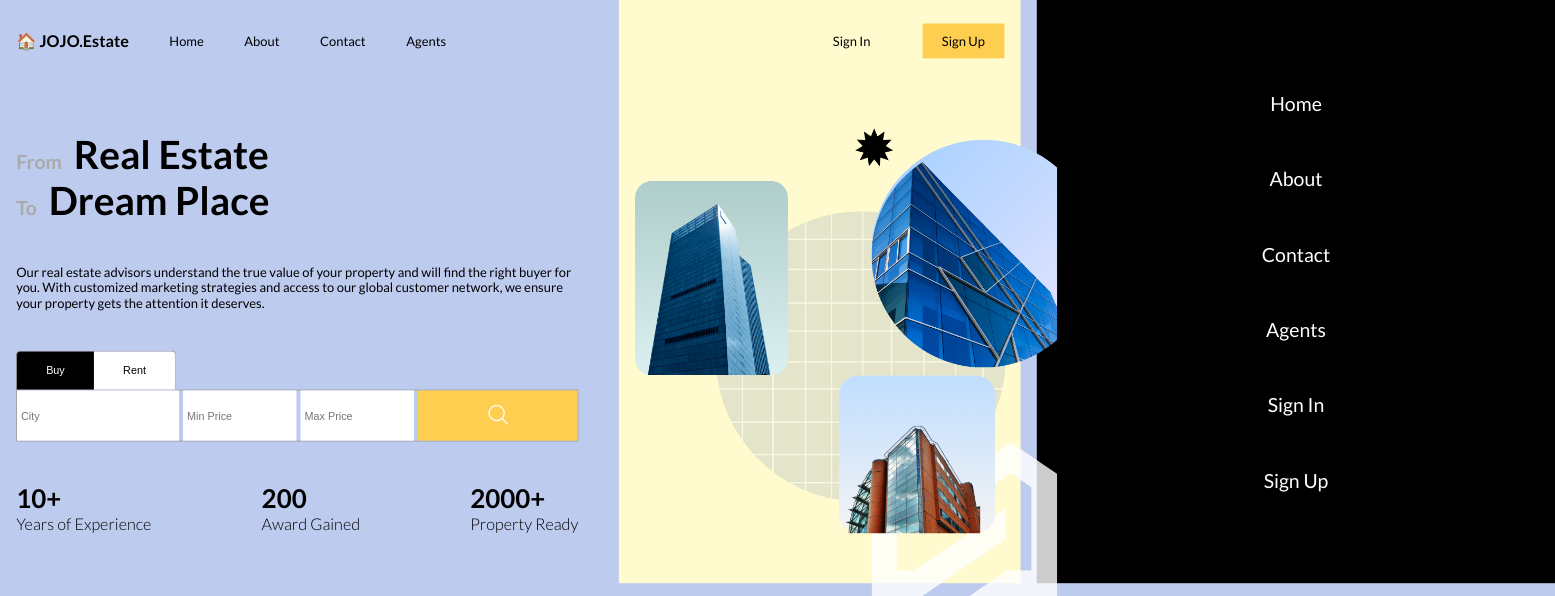
Repository: AiTrinh303/JOJO-estate
Page: /
An editor plug-in stored every save of this project. The page is shown before and after the next save, followed by the edit.
The browser window is 1280 px wide. The page is 1920 px wide, so the pictures cover 1920 px, including what lies to the right of the window. The pictures show the whole page, at 81% of full size.
The page's requests for data from a server got no answer. The project was rebuilt for these pictures with package versions that can differ from the ones it lists, and the page was loaded fresh each time. No one was signed in, and anything a server would have sent is missing. Also part of the build but not shown: vite.config.js, src/routes/listPage/listPage.scss, src/components/filter/filter.scss, src/components/filter/Filter.jsx, src/components/card/card.scss, src/components/card/Card.jsx, src/components/map/map.scss, src/components/pin/pin.scss and 21 more. Imported but missing from the stored project, and not drawn on this page: src/components/uploadWidget/UploadWidget.

Above is the page before, as saved 2024-08-06 21:40:16.

### index.html
<!DOCTYPE html>
<html lang="en">
  <head>
    <meta charset="UTF-8" />
    <link rel="icon" type="image/svg+xml" href="/logo.png" />
    <meta name="viewport" content="width=device-width, initial-scale=1.0" />
    <title>🏠JOJO Estate App</title>
    <meta name="description" content="Buy, Sell and Rent Properties" />
    <link
      href="https://fonts.googleapis.com/css2?family=Lato:ital,wght@0,100;0,300;0,400;0,700;0,900;1,100;1,300;1,400;1,700;1,900&display=swap"
      rel="stylesheet"
    />
  </head>
  <body>
    <div id="root"></div>
    <script type="module" src="/src/main.jsx"></script>
  </body>
</html>

### src/App.jsx
import HomePage from "./routes/homePage/homePage";
import { createBrowserRouter, RouterProvider } from "react-router-dom";
import ListPage from "./routes/listPage/listPage";
import { Layout, RequireAuth } from "./routes/layout/layout";
import SinglePage from "./routes/singlePage/singlePage";
import ProfilePage from "./routes/profilePage/profilePage";
import Login from "./routes/login/login";
import Register from "./routes/register/register";
import ProfileUpdatePage from "./routes/profileUpdatePage/profileUpdatePage";
import NewPostPage from "./routes/newPostPage/newPostPage";
import { listPageLoader, profilePageLoader, singlePageLoader } from "./lib/loaders";

function App() {
  const router = createBrowserRouter([
    {
      path: "/",
      element: <Layout />,
      children: [
        {
          path: "/",
          element: <HomePage />,
        },
        {
          path: "/list",
          element: <ListPage />,
          loader: listPageLoader,
        },
        {
          path: "/:id",
          element: <SinglePage />,
          loader: singlePageLoader,
        },
        {
          path: "/login",
          element: <Login />,
        },
        {
          path: "/register",
          element: <Register />,
        },
      ],
    },
    {
      path: "/",
      element: <RequireAuth />,
      children: [
        {
          path: "/profile",
          element: <ProfilePage />,
          loader: profilePageLoader
        },
        {
          path: "/profile/update",
          element: <ProfileUpdatePage />,
        },
        {
          path: "/add",
          element: <NewPostPage />,
        },
      ],
    },
  ]);

  return <RouterProvider router={router} />;
}

export default App;

### src/index.scss
*{
  padding: 0;
  margin: 0;
  box-sizing: border-box;
}

a {
  text-decoration: none;
  color: inherit;
}

body{
  font-family: "Lato", sans-serif;
  overflow: hidden;
  background-color: #bdcbee;

}

### src/routes/homePage/homePage.jsx
import { useContext } from "react";
import SearchBar from "../../components/searchBar/SearchBar";
import "./homePage.scss";
import { AuthContext } from "../../context/AuthContext";

function HomePage() {

  const {currentUser} = useContext(AuthContext)

  return (
    <div className="homePage">
      <div className="textContainer">
        <div className="wrapper">
          <h1 className="title">
            <span className="small-text">From </span>
            <span className="animated-text">Real Estate</span>
            <br />
            <span className="small-text">To </span>
            <span className="animated-text">Dream Place</span>
          </h1>
          <p>
          Our real estate advisors understand the true value of your property and will find the right buyer for you. With customized marketing strategies and access to our global customer network, we ensure your property gets the attention it deserves.
          </p>
          <SearchBar />
          <div className="boxes">
            <div className="box">
              <h1>10+</h1>
              <h2>Years of Experience</h2>
            </div>
            <div className="box">
              <h1>200</h1>
              <h2>Award Gained</h2>
            </div>
            <div className="box">
              <h1>2000+</h1>
              <h2>Property Ready</h2>
            </div>
          </div>
        </div>
      </div>
      <div className="imgContainer">
        <img src="/bg.png" alt="" />
      </div>
      {/* <div className="imgBottom">
        <img src="/bg1.jpg" alt="" />
      </div> */}
    </div>
  );
}

export default HomePage;

### src/routes/layout/layout.jsx
import "./layout.scss";
import Navbar from "../../components/navbar/Navbar";
import { Navigate, Outlet } from "react-router-dom";
import { useContext } from "react";
import { AuthContext } from "../../context/AuthContext";

function Layout() {
  return (
    <div className="layout">
      <div className="navbar">
        <Navbar />
      </div>
      <div className="content">
        <Outlet />
      </div>
    </div>
  );
}

function RequireAuth() {
  const { currentUser } = useContext(AuthContext);

  if (!currentUser) return <Navigate to="/login" />;
  else {
    return (
      <div className="layout">
        <div className="navbar">
          <Navbar />
        </div>
        <div className="content">
          <Outlet />
        </div>
      </div>
    );
  }
}

export { Layout, RequireAuth };

### src/components/searchBar/SearchBar.jsx
import { useState } from "react";
import "./searchBar.scss";
import { Link } from "react-router-dom";

const types = ["buy", "rent"];

function SearchBar() {
  const [query, setQuery] = useState({
    type: "buy",
    city: "",
    minPrice: 0,
    maxPrice: 0,
  });

  const switchType = (val) => {
    setQuery((prev) => ({ ...prev, type: val }));
  };

  const handleChange = (e) => {
    setQuery((prev) => ({ ...prev, [e.target.name]: e.target.value }));
  };

  return (
    <div className="searchBar">
      <div className="type">
        {types.map((type) => (
          <button
            key={type}
            onClick={() => switchType(type)}
            className={query.type === type ? "active" : ""}
          >
            {type}
          </button>
        ))}
      </div>
      <form>
        <input
          type="text"
          name="city"
          placeholder="City"
          onChange={handleChange}
        />
        <input
          type="number"
          name="minPrice"
          min={0}
          max={10000000}
          placeholder="Min Price"
          onChange={handleChange}
        />
        <input
          type="number"
          name="maxPrice"
          min={0}
          max={10000000}
          placeholder="Max Price"
          onChange={handleChange}
        />
        <Link
          to={`/list?type=${query.type}&city=${query.city}&minPrice=${query.minPrice}&maxPrice=${query.maxPrice}`}
        >
          <button>
            <img src="/search.png" alt="" />
          </button>
        </Link>
      </form>
    </div>
  );
}

export default SearchBar;

### src/routes/homePage/homePage.scss
@import "../../responsive.scss";

.homePage {
  display: flex;
  height: 100%;
  // background-color: #f5f5f5;

  .textContainer {
    flex: 3;

    .wrapper {
      padding-right: 100px;
      display: flex;
      flex-direction: column;
      justify-content: center;
      gap: 50px;
      height: 100%;

      @include lg{
        padding-right: 50px;
      }

      @include md{
        padding: 0;
      }

      @include sm{
        justify-content: flex-start;
      }

      .title {
        font-size: 64px;
        .small-text {
          font-size: 0.5em;
          color: #aaa;
          margin-right: 10px;
        }
        .animated-text {
          display: inline-block;
          position: relative;
          animation: slide-in 2s ease-in-out;
        }
        @include lg {
          font-size: 48px;
        }
      }

      .boxes {
        display: flex;
        justify-content: space-between;

        @include sm {
          display: none;
        }

        h1 {
          font-size: 36px;


          @include lg {
            font-size: 32px;
          }
        }

        h2 {
          font-size: 20px;
          font-weight: 300;
        }
      }
    }
  }

  .imgContainer {
    flex: 2;
    background-color: #fffbce;
    position: relative;
    display: flex;
    align-items: center;


    @include md {
      display: none;
    }

    img {
      width: 115%;
      position: absolute;
      right: -45px;


      @include lg {
        width: 105%;
      }
    }
  }


}
@keyframes slide-in {
  0% {
    opacity: 0;
    transform: translateX(-100%);
  }
  100% {
    opacity: 1;
    transform: translateX(0);
  }
}

### src/routes/layout/layout.scss
@import "../../responsive.scss";

.layout {
  height: 100vh;
  max-width: 1366px;
  margin-left: auto;
  margin-right: auto;
  padding-left: 20px;
  padding-right: 20px;
  background-image: green;

  @include lg {
    max-width: 1280px;
  }

  @include md {
    max-width: 768px;
  }

  @include sm {
    max-width: 640px;
  }

  .content {
    // flex: 1;
    height: calc(100vh - 100px);
  }
}

### src/components/navbar/Navbar.jsx
import { useContext, useState } from "react";
import "./navbar.scss";
import { Link } from "react-router-dom";
import { AuthContext } from "../../context/AuthContext";
import { useNotificationStore } from "../../lib/notificationStore";

function Navbar() {
  const [open, setOpen] = useState(false);

  const { currentUser } = useContext(AuthContext);

  const fetch = useNotificationStore((state) => state.fetch);
  const number = useNotificationStore((state) => state.number);

  if(currentUser) fetch();

  return (
    <nav>
      <div className="left">
        <a href="/" className="logo">
          <span>🏠 JOJO.Estate</span>
        </a>
        <a href="/">Home</a>
        <a href="/">About</a>
        <a href="/">Contact</a>
        <a href="/">Agents</a>
      </div>

      <div className="right">
        <a href="/">Sign In</a>
        <a href="/" className="register">Sign Up</a>
        <div className="menuIcon">
          <img
            src="/menu.png"
            alt="menu"
            onClick={() => setOpen((prev) => !prev)}/>
        </div>
        <div className={open ? "menu active" : "menu"}>
          <a href="/">Home</a>
          <a href="/">About</a>
          <a href="/">Contact</a>
          <a href="/">Agents</a>
          <a href="/">Sign In</a>
          <a href="/">Sign Up</a>
        </div>
        {/* {currentUser ? (
          <div className="user">
            <img src={currentUser.avatar || "/noavatar.jpg"} alt="" />
            <span>{currentUser.username}</span>
            <Link to="/profile" className="profile">
              {number > 0 && <div className="notification">{number}</div>}
              <span>Profile</span>
            </Link>
          </div>
        ) : (
          <>
            <a href="/login">Sign in</a>
            <a href="/register" className="register">
              Sign up
            </a>
          </>
        )}
        <div className="menuIcon">
          <img
            src="/menu.png"
            alt=""
            onClick={() => setOpen((prev) => !prev)}
          />
        </div>
        <div className={open ? "menu active" : "menu"}>
          <a href="/">Home</a>
          <a href="/">About</a>
          <a href="/">Contact</a>
          <a href="/">Agents</a>
          <a href="/">Sign in</a>
          <a href="/">Sign up</a>
        </div> */}
      </div>
    </nav>
  );
}

export default Navbar;

### src/components/searchBar/searchBar.scss
@import "../../responsive.scss";

.searchBar {
  .type {


    button {
      padding: 16px 36px;
      border: 1px solid #999;
      border-bottom: none;
      cursor: pointer;
      background-color: white;
      text-transform: capitalize;

      &.active {
        background-color: black;
        color: white;
      };

      &:first-child {
        border-top-left-radius: 5px;
        border-right: none;
      };
      &:last-child {
        border-top-right-radius: 5px;
        border-left: none;
      };
    }
  }

  form {
    border: 1px solid #999;
    display: flex;
    justify-content: space-between;
    height: 64px;
    gap: 5px;

    @include sm {
      flex-direction: column;
      border: none;
    };

    input {
      border: none;
      padding: 0px 10px;
      width: 200px;

      @include lg {
        padding: 0px 5px;

        &:nth-child(2),
        &:nth-child(3) {
          width: 140px;
        }
      };
      @include md {
        width: 200px;
        &:nth-child(2),
        &:nth-child(3) {
          width: 200px;
        }
      };

      @include sm{
        width: auto;
        &:nth-child(2),
        &:nth-child(3) {
          width: auto;
        }
        padding: 20px;
        border: 1px solid #999;
      }
    };

    a{
      flex: 1;
      background-color: #fece51;
      display: flex;
      align-items: center;
      justify-content: center;

      button {
        border: none;
        cursor: pointer;
        background-color: #fece51;

        @include sm{
          padding: 10px;
        }

        img {
          width: 24px;
          height: 24px;
        }
      }
    }
  }
}

### src/responsive.scss
@mixin sm {
  @media (max-width: 738px) {
    @content;
  }
};

@mixin md {
  @media (max-width: 1024px) {
    @content;
  }
};

@mixin lg {
  @media (max-width: 1366px) {
    @content;
  }
};

### src/components/navbar/navbar.scss
@import "../../responsive.scss";

nav {
  height: 100px;
  display: flex;
  justify-content: space-between;
  align-items: center;

  a {
    transition: all 0.4s ease;

    @include sm {
      display: none;
    }

    &:hover {
      scale: 1.08;
    }
  }

  .left {
    flex: 3;
    display: flex;
    align-items: center;
    gap: 50px;

    .logo {
      font-weight: bold;
      font-size: 20px;
      display: flex;
      align-items: center;
      gap: 3px;

      span {
        @include md {
          display: none;
        }

        @include sm {
          display: initial;
        }
      }
    }
  }
  .right {
    flex: 2;
    display: flex;
    align-items: center;
    justify-content: flex-end;
    background-color: #fffbce;
    ;
    height: 100%;

    @include md {
      background-color: transparent;
    }

    a {
      padding: 12px 24px;
      margin: 20px;
    }

    .user{
      display: flex;
      align-items: center;
      font-weight: bold;

      img{
        width: 40px;
        height: 40px;
        border-radius: 50%;
        object-fit: cover;
        margin-right: 20px;
      }

      span{
        @include sm{
          display: none;
        }
      }

      .profile{
        padding: 12px 24px;
        background-color: #fece51;
        cursor: pointer;
        border: none;
        position: relative;

        .notification{
          position: absolute;
          top: -8px;
          right: -8px;
          background-color: red;
          color: white;
          border-radius: 50%;
          width: 26px;
          height: 26px;
          display: flex;
          align-items: center;
          justify-content: center;
        }

      }
    }

    .register {
      background-color: #fece51;
    }

    .menuIcon {
      display: none;
      z-index: 999;

      img {
        width: 36px;
        height: 36px;
        cursor: pointer;
      }

      @include sm {
        display: inline;
      }
    }

    .menu {
      position: absolute;
      top: 0;
      right: -50%;
      background-color: black;
      color: white;
      height: 100vh;
      width: 50%;
      transition: all 1s ease;
      display: flex;
      flex-direction: column;
      align-items: center;
      justify-content: center;
      font-size: 24px;

      &.active {
        right: 0;
      }

      @include sm {
        a {
          display: initial;
        }
      }
    }
  }
}

Loaded but not shown: src/main.jsx (common file); src/context/AuthContext.jsx (common file); src/context/SocketContext.jsx (common file); src/lib/loaders.js (common file); src/lib/apiRequest.js (common file); src/lib/notificationStore.js (common file)

After the next save:
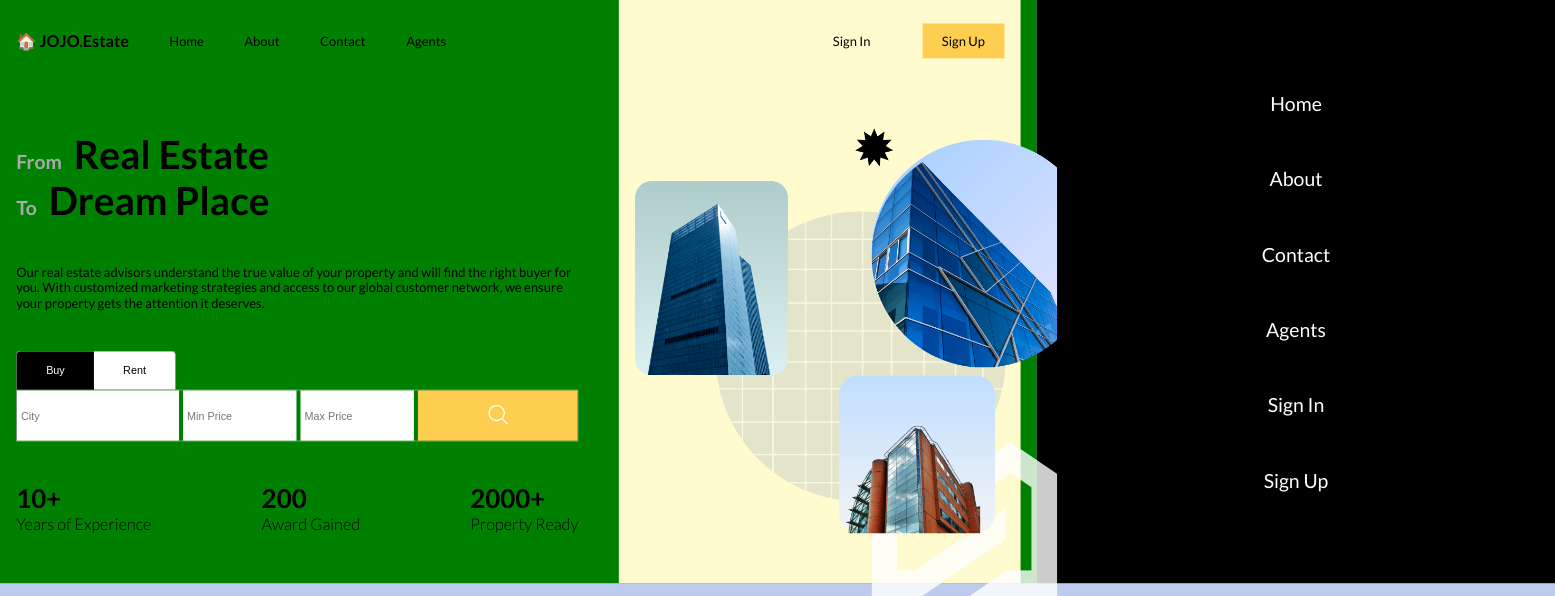
Saved 6 s later.
--- a/src/routes/layout/layout.scss
+++ b/src/routes/layout/layout.scss
@@ -7,7 +7,7 @@
   margin-right: auto;
   padding-left: 20px;
   padding-right: 20px;
-  background-image: green;
+  background: green;
 
   @include lg {
     max-width: 1280px;
